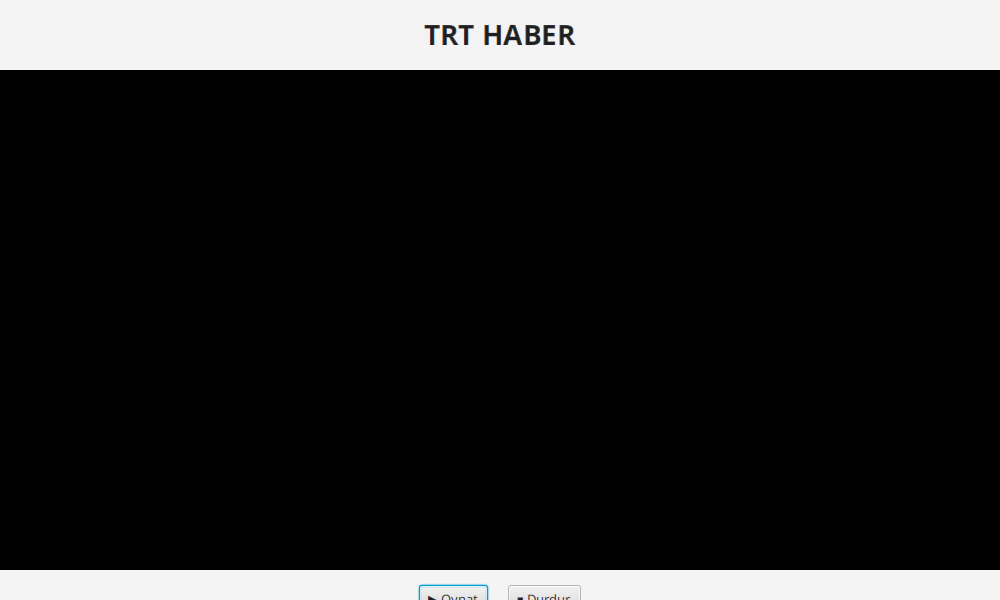
Repository: ACAN026/JAVAFX
Program's window: java CanliTV/src/application/Main.java
An editor plug-in stored every save of this project. The program's window is shown before and after the next save, followed by the edit.
It runs on Java 21 on a 1366 x 768 screen with JavaFX 11; the title bar is not drawn.

Above is the program's window before, as saved 2026-09-26 20:03:12.

### CanliTV/src/application/Main.java
package application;

import javafx.application.Application;
import javafx.fxml.FXMLLoader;
import javafx.scene.Parent;
import javafx.scene.Scene;
import javafx.stage.Stage;

public class Main extends Application {

    @Override
    public void start(Stage stage) throws Exception {

        Parent root = FXMLLoader.load(
                getClass().getResource("Player.fxml")
        );

        Scene scene = new Scene(root, 1000, 600);

        stage.setTitle("TRT Haber");
        stage.setScene(scene);
        stage.show();
    }

    public static void main(String[] args) {
        launch(args);
    }
}

### CanliTV/src/application/PlayerController.java
package application;

import javafx.fxml.FXML;
import javafx.scene.control.Label;

public class PlayerController {

    @FXML
    private Label statusLabel;

    @FXML
    private void play() {
        statusLabel.setText("Yayın başlatılıyor...");
    }

    @FXML
    private void stop() {
        statusLabel.setText("Yayın durduruldu.");
    }
}

### CanliTV/src/application/Player.fxml
<?xml version="1.0" encoding="UTF-8"?>

<?import javafx.scene.control.*?>
<?import javafx.scene.layout.*?>
<?import javafx.scene.media.MediaView?>

<BorderPane xmlns:fx="http://javafx.com/fxml"
            fx:controller="application.PlayerController">

    <top>
        <Label text="TRT HABER"
               BorderPane.alignment="CENTER"
               style="-fx-font-size: 28px; -fx-font-weight: bold; -fx-padding: 15px;"/>
    </top>

    <center>
    	<StackPane style="-fx-background-color: black;">

        	<MediaView fx:id="mediaView"
                   preserveRatio="true"
                   fitWidth="900"
                   fitHeight="500" />

    	</StackPane>
	</center>

    <bottom>
        <HBox alignment="CENTER"
              spacing="20"
              style="-fx-padding: 15px;">

            <Button text="▶ Oynat"
                    onAction="#play"/>

            <Button text="⏹ Durdur"
                    onAction="#stop"/>

        </HBox>
    </bottom>

</BorderPane>

After the next save:
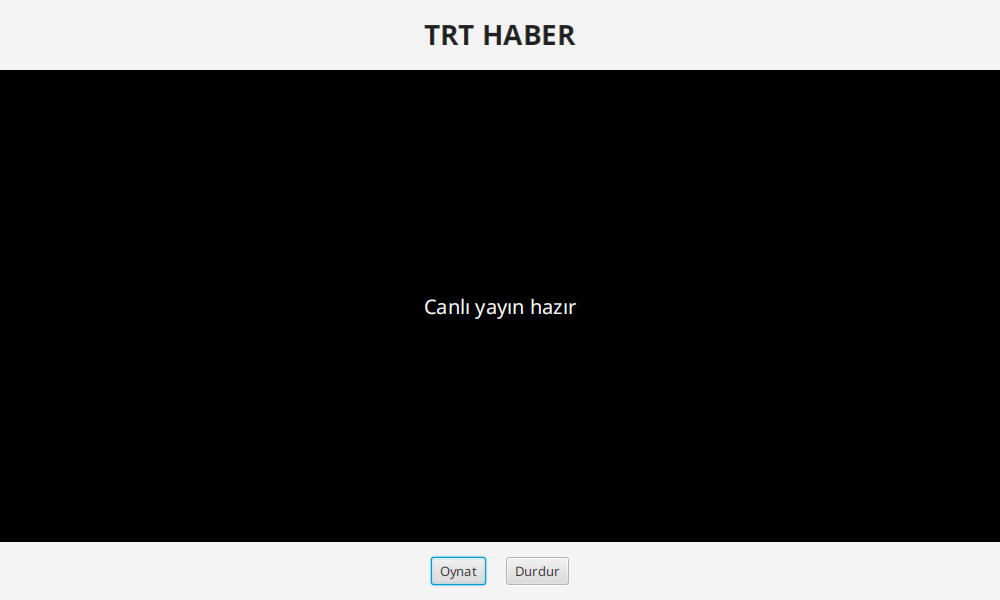
Saved 10 s later.
--- a/CanliTV/src/application/Player.fxml
+++ b/CanliTV/src/application/Player.fxml
@@ -1,39 +1,43 @@
 <?xml version="1.0" encoding="UTF-8"?>
 
-<?import javafx.scene.control.*?>
-<?import javafx.scene.layout.*?>
-<?import javafx.scene.media.MediaView?>
+<?import javafx.scene.control.Button?>
+<?import javafx.scene.control.Label?>
+<?import javafx.scene.layout.BorderPane?>
+<?import javafx.scene.layout.HBox?>
+<?import javafx.scene.layout.StackPane?>
 
-<BorderPane xmlns:fx="http://javafx.com/fxml"
+<BorderPane xmlns:fx="http://javafx.com/fxml/1"
             fx:controller="application.PlayerController">
 
     <top>
         <Label text="TRT HABER"
                BorderPane.alignment="CENTER"
-               style="-fx-font-size: 28px; -fx-font-weight: bold; -fx-padding: 15px;"/>
+               style="-fx-font-size: 28px;
+                      -fx-font-weight: bold;
+                      -fx-padding: 15px;" />
     </top>
 
     <center>
-    	<StackPane style="-fx-background-color: black;">
+        <StackPane style="-fx-background-color: black;">
 
-        	<MediaView fx:id="mediaView"
-                   preserveRatio="true"
-                   fitWidth="900"
-                   fitHeight="500" />
+            <Label fx:id="statusLabel"
+                   text="Canlı yayın hazır"
+                   style="-fx-text-fill: white;
+                          -fx-font-size: 20px;" />
 
-    	</StackPane>
-	</center>
+        </StackPane>
+    </center>
 
     <bottom>
         <HBox alignment="CENTER"
               spacing="20"
               style="-fx-padding: 15px;">
 
-            <Button text="▶ Oynat"
-                    onAction="#play"/>
+            <Button text="Oynat"
+                    onAction="#play" />
 
-            <Button text="⏹ Durdur"
-                    onAction="#stop"/>
+            <Button text="Durdur"
+                    onAction="#stop" />
 
         </HBox>
     </bottom>
